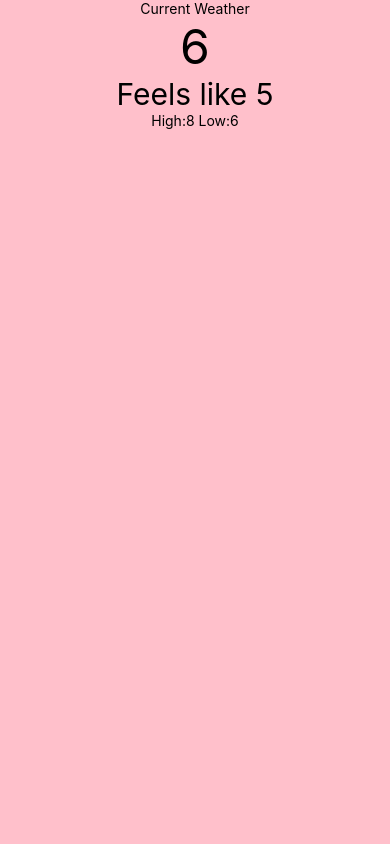
Repository: RossDee/WeatherApp
Screen: /
An editor plug-in stored every save of this project. The screen is shown before and after the next save, followed by the edit.
The app was drawn by React Native's web renderer in a window 390 px wide. The project was rebuilt for these pictures with package versions that can differ from the ones it lists, and the page was loaded fresh each time.

Above is the screen before, as saved 2023-10-14 20:59:16.

### App.js
import React from 'react';
import { SafeAreaView, StyleSheet, Text, View } from 'react-native';

const App = () => {
  return (
    <SafeAreaView style = {style.wrapper}>
    <View style = {style.container}>
      <Text>Current Weather</Text>
      <Text style={style.temp} >6</Text>
      <Text style = {style.feels}>Feels like 5</Text>
      <Text>High:8 Low:6</Text>
    </View>
    </SafeAreaView>
  )
}
const style  =StyleSheet.create({
  wrapper:{
    flex:1,
    backgroundColor:'yellow',
  },
  container:{
    backgroundColor:'pink',
    flex:1,
    alignItems:'center',
  },
  temp:{
    color:'black',
    fontSize:48,
 },
 feels:{
   color:'black',
   fontSize:30,
 }
})
export default App

After the next save:
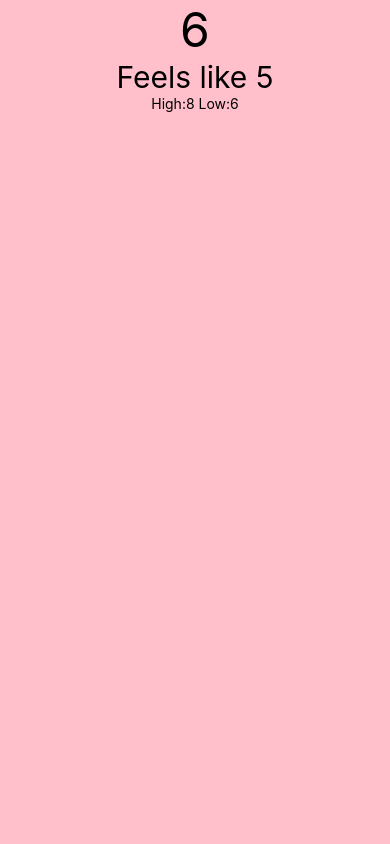
Saved 16 s later.
--- a/App.js
+++ b/App.js
@@ -5,7 +5,6 @@ const App = () => {
   return (
     <SafeAreaView style = {style.wrapper}>
     <View style = {style.container}>
-      <Text>Current Weather</Text>
       <Text style={style.temp} >6</Text>
       <Text style = {style.feels}>Feels like 5</Text>
       <Text>High:8 Low:6</Text>
